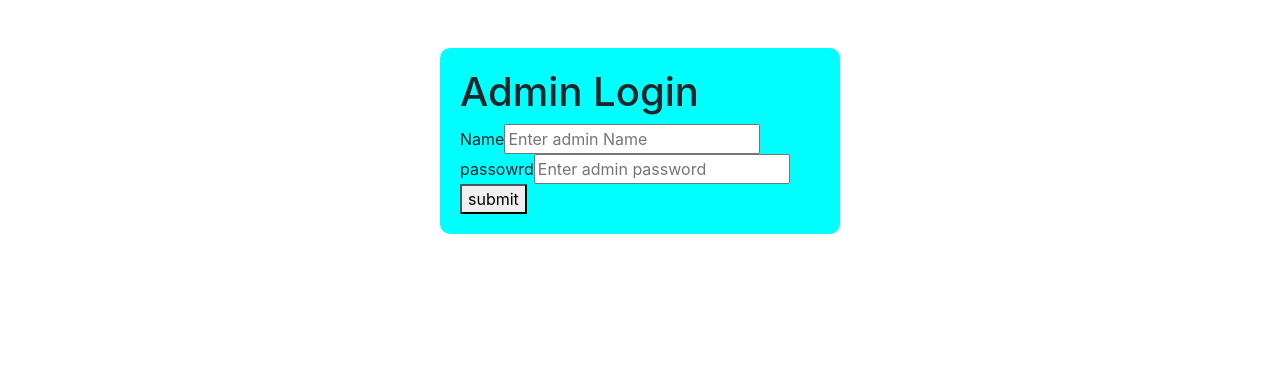
Repository: parthikjadav/parthik-react-practicle-exam
Page: /
An editor plug-in stored every save of this project. The page is shown before and after a run of saves, followed by the edit.
The browser window is 1280 px wide. The pictures show the whole page.
The project was rebuilt for these pictures with package versions that can differ from the ones it lists, and the page was loaded fresh each time. Requests to the local data server were answered from the project's data file. Also part of the build but not shown: src/App.css, src/componet/page/Reservationform.jsx, src/componet/page/Reservationlist.jsx, src/componet/header/navdata.js, src/componet/header/Navbar.jsx.

Above is the page before, as saved 2024-05-16 10:39:09.

### public/index.html
<!DOCTYPE html>
<html lang="en">
  <head>
    <meta charset="utf-8" />
    <link rel="icon" href="%PUBLIC_URL%/favicon.ico" />
    <meta name="viewport" content="width=device-width, initial-scale=1" />
    <meta name="theme-color" content="#000000" />
    <meta
      name="description"
      content="Web site created using create-react-app"
    />
    <link rel="apple-touch-icon" href="%PUBLIC_URL%/logo192.png" />
    <link href="https://cdn.jsdelivr.net/npm/bootstrap@5.0.2/dist/css/bootstrap.min.css" rel="stylesheet" integrity="sha384-EVSTQN3/azprG1Anm3QDgpJLIm9Nao0Yz1ztcQTwFspd3yD65VohhpuuCOmLASjC" crossorigin="anonymous">
    <!--
      manifest.json provides metadata used when your web app is installed on a
      user's mobile device or desktop. See https://developers.google.com/web/fundamentals/web-app-manifest/
    -->
    <link rel="manifest" href="%PUBLIC_URL%/manifest.json" />
    <script src="https://cdn.jsdelivr.net/npm/bootstrap@5.0.2/dist/js/bootstrap.bundle.min.js" integrity="sha384-MrcW6ZMFYlzcLA8Nl+NtUVF0sA7MsXsP1UyJoMp4YLEuNSfAP+JcXn/tWtIaxVXM" crossorigin="anonymous"></script>
    <!--
      Notice the use of %PUBLIC_URL% in the tags above.
      It will be replaced with the URL of the `public` folder during the build.
      Only files inside the `public` folder can be referenced from the HTML.

      Unlike "/favicon.ico" or "favicon.ico", "%PUBLIC_URL%/favicon.ico" will
      work correctly both with client-side routing and a non-root public URL.
      Learn how to configure a non-root public URL by running `npm run build`.
    -->
    <title>React App</title>
  </head>
  <body>
    <noscript>You need to enable JavaScript to run this app.</noscript>
    <div id="root"></div>
    <!--
      This HTML file is a template.
      If you open it directly in the browser, you will see an empty page.

      You can add webfonts, meta tags, or analytics to this file.
      The build step will place the bundled scripts into the <body> tag.

      To begin the development, run `npm start` or `yarn start`.
      To create a production bundle, use `npm run build` or `yarn build`.
    -->
  </body>
</html>

### src/index.js
import React from 'react';
import ReactDOM from 'react-dom/client';
import './index.css';
import App from './App';
import { BrowserRouter } from 'react-router-dom';
import { Provider } from 'react-redux';
import store from './componet/redux-saga/store';


const root = ReactDOM.createRoot(document.getElementById('root'));
root.render(
  <BrowserRouter>
    <React.StrictMode>
      <Provider store={store}>
      <App />
      </Provider>
    </React.StrictMode>
  </BrowserRouter>

);

### src/App.js
import { Route, Routes } from 'react-router-dom';
import './App.css';
import Adminlogin from './componet/page/Adminlogin';
import Reservationfrom from './componet/page/Reservationform';
import Reservationlist from './componet/page/Reservationlist';
import Navbar from './componet/header/Navbar';
import { useEffect } from 'react';
import { useDispatch } from 'react-redux';
import { GET_ROOM_PENDING } from './componet/redux-saga/room/action';
import { base_url, get_url } from './url';

const getRole = () => {
  const role = localStorage.getItem("role");
  return role;
};


function App() {

  const role = getRole();
  let dispatch = useDispatch();

  useEffect(() => {
    let url = base_url + get_url;
    dispatch({ type: GET_ROOM_PENDING, payload: url })
  })


  if (!role || role === "") {
    return (
      <Routes>
        <Route path="/" element={<Adminlogin />} />
      </Routes>
    );
  }

  if (role === "admin") {
    return (
      <>
        <Navbar />
        <Routes>
          <Route path="/reservation" element={<Reservationfrom />} />
          <Route path="/ReservationList" element={<Reservationlist />} />
        </Routes>
      </>
    );
  }



}

export default App;

### src/componet/redux-saga/store.js
import { applyMiddleware, createStore } from "redux";
import createSagaMiddleware from "redux-saga";
import { composeWithDevTools } from "@redux-devtools/extension";
import rootReducers from "./rootreducer";
import rootSaga from "./saga";



let sagaMiddleware = createSagaMiddleware();
const store = createStore(
    rootReducers,
    composeWithDevTools(applyMiddleware(sagaMiddleware))
);

sagaMiddleware.run(rootSaga)

export default store

### src/componet/page/Adminlogin.jsx
import React, { useRef } from 'react'
import "./AdminLogin.css"

const Adminlogin = () => {
    let name = useRef();
    let passowrd = useRef();

    const logindata = async () => {
        let data = {
            name: name.current.value,
            password: passowrd.current.value
        }
        console.log(data);
        if ("jignesh" == data.name && "3315" == data.password) {
            localStorage.setItem("role", "admin");
            window.location.href = "/reservation"
            console.log("login successfull");
            alert("login successfull")
        } else {
            alert("Error")
        }
    }
    return (
        <>
            <div class="mx-auto m-5 form" style={{ width: "400px" }}>
                <h1>Admin Login </h1>
                <label>Name  </label>
                <input type="text" placeholder='Enter admin Name' ref={name} /><br />
                <label>passowrd </label>
                <input type="password" placeholder='Enter admin password' ref={passowrd} /><br />
                <button onClick={logindata}>submit</button>
            </div>
        </>

    )
}

export default Adminlogin

### src/componet/redux-saga/room/action.js
//get action
export const GET_ROOM_PENDING = "GET_ROOM_PENDING";
export const GET_ROOM_SUCCESS = "GET_ROOM_SUCCESS";
export const GET_ROOM_ERROR = "GET_ROOM_ERROR";

//post action
export const POST_ROOM_PENDING = "POST_ROOM_PENDING";
export const POST_ROOM_SUCCESS = "POST_ROOM_SUCCESS";
export const POST_ROOM_ERROR = "POST_ROOM_ERROR";

//DELETE action
export const DELETE_ROOM_PENDING = "DELETE_ROOM_PENDING";
export const DELETE_ROOM_SUCCESS = "DELETE_ROOM_SUCCESS";
export const DELETE_ROOM_ERROR = "DELETE_ROOM_ERROR";

//UPDATA action
export const UPDATA_ROOM_PENDING = "UPDATA_ROOM_PENDING";
export const UPDATA_ROOM_SUCCESS = "UPDATA_ROOM_SUCCESS";
export const UPDATA_ROOM_ERROR = "UPDATA_ROOM_ERROR";

### src/url.js
export const base_url = "http://localhost:5000";

export const post_url = "/room";

export const get_url = "/room"

export const delete_url = "/room/"

export const updata_url = "/room/"

### src/componet/redux-saga/rootreducer.js
import { combineReducers } from "redux";
import roomReducer from "./room/reducer";


let rootReducers = combineReducers({
    roomReducer,
});

export default  rootReducers;

### src/componet/redux-saga/saga/index.js
import { all, call, put, takeLatest } from "redux-saga/effects";
import { DELETE_ROOM_ERROR, DELETE_ROOM_PENDING, DELETE_ROOM_SUCCESS, GET_ROOM_ERROR, GET_ROOM_PENDING, GET_ROOM_SUCCESS, POST_ROOM_ERROR, POST_ROOM_PENDING, POST_ROOM_SUCCESS, UPDATA_ROOM_ERROR, UPDATA_ROOM_PENDING, UPDATA_ROOM_SUCCESS } from "../room/action";
import { delete_room, get_room, post_room, updata_room } from "../room/api";

function* handle_post_room(action) {
    // console.log(action, "action from handle post room");
    try {
        let { data, status } = yield call(post_room, action);
        // console.log(data, status, "data and status from handle post room");
        if (status == 201 || status == 200) {
            yield put({ type: POST_ROOM_SUCCESS, data });
        } else {
            yield put({ type: POST_ROOM_ERROR, data });
        }
    }
    catch (error) {
        yield put({ type: POST_ROOM_ERROR, data: error })
    }
}

function* handle_get_room(action) {
    // console.log(action, "action from handle get room");
    try {
        let { data, status } = yield call(get_room, action);
        // console.log(data, status, "data and status from handle get room");
        if (status == 200) {
            yield put({ type: GET_ROOM_SUCCESS, data });
        }
        else {
            yield put({ type: GET_ROOM_ERROR, data });
        }
    }
    catch (error) {
        yield put({ type: GET_ROOM_ERROR, data: error });
    }
}

function* handle_delete_room(action) {
    // console.log(action, "action from handle delete room");
    try {
        let { data, status } = yield call(delete_room, action);
        // console.log(data, status, "data and status from handle delete room");
        if (status == 200) {
            yield put({ type: DELETE_ROOM_SUCCESS, data });
        } else {
            yield put({ type: DELETE_ROOM_ERROR, data });
        }
    }
    catch (error) {
        yield put({ type: DELETE_ROOM_ERROR, daat: error })
    }
}

function* handle_updata_room(action) {
    console.log(action, "action from handle updata room");
    try {
        let { data, status } = yield call(updata_room, action);
        console.log(data, status, "data and status from handle updata room");
        if (status == 200) {
            yield put({ type: UPDATA_ROOM_SUCCESS, data });
        }
        else {
            yield put({ type: UPDATA_ROOM_ERROR, data });
        }
    }
    catch (error) {
        yield put({ type: UPDATA_ROOM_ERROR, data: error })
    }
}

function* handle_post_room_saga() {
    yield takeLatest(POST_ROOM_PENDING, handle_post_room)
}

function* handle_get_room_saga() {
    yield takeLatest(GET_ROOM_PENDING, handle_get_room)
}

function* handle_delete_room_saga() {
    yield takeLatest(DELETE_ROOM_PENDING, handle_delete_room)
}

function* handle_updata_room_saga() {
    yield takeLatest(UPDATA_ROOM_PENDING, handle_updata_room)
}

function* rootSaga() {
    yield all([handle_post_room_saga(), handle_get_room_saga(), handle_delete_room_saga() , handle_updata_room_saga()])
}

export default rootSaga

### src/componet/page/AdminLogin.css
.form{
  width: 200px;
  background-color: aqua;
  padding: 20px;
  margin: 0px auto;
  border-radius: 10px
}

### src/componet/redux-saga/room/reducer.js
import { DELETE_ROOM_ERROR, DELETE_ROOM_PENDING, DELETE_ROOM_SUCCESS, GET_ROOM_ERROR, GET_ROOM_PENDING, GET_ROOM_SUCCESS, POST_ROOM_PENDING, POST_ROOM_SUCCESS, UPDATA_ROOM_ERROR, UPDATA_ROOM_PENDING, UPDATA_ROOM_SUCCESS } from "./action";


let initialState = {
    room: [],
    isLoading: false,
    isError: null,
};

let roomReducer = (state = initialState, action) => {
    console.log(action, "action from reducer");
    switch (action.type) {
        //post user
        case POST_ROOM_PENDING: {
            return {
                isLoading: true,
                ...state,
            }
        }
        case POST_ROOM_SUCCESS: {
            return {
                isLoading: false,
                room: state.room.concat(action.data),
            }
        }
        case POST_ROOM_SUCCESS: {
            return {
                isError: action.data,
                ...state,
            }
        }
        //get user
        case GET_ROOM_PENDING: {
            return {
                isLoading: true,
                ...state,
            }
        }
        case GET_ROOM_SUCCESS: {
            return {
                isLoading: false,
                room: action.data,
            }
        }
        case GET_ROOM_ERROR: {
            return {
                ...state,
                isError: action.data,
            }
        }
        //delete user
        case DELETE_ROOM_PENDING: {
            return {
                isLoading: true,
                ...state,
            }
        }
        case DELETE_ROOM_SUCCESS: {
            return {
                isLoading: false,
                room: state.room.filter((item) => item.id != action.data.id)
            }
        }
        case DELETE_ROOM_ERROR: {
            return {
                isLoading: false,
                isError: action.data,
            }
        }
        //update user
        case UPDATA_ROOM_PENDING: {
            return {
                isLoading: true,
                ...state,
            }
        }
        case UPDATA_ROOM_SUCCESS: {
            return {
                isLoading: false,
                room: state.room.map((value, index) => {
                    if (value.id == action.data.id) {
                        return {
                            ...value,
                            ...action.data,
                        }
                    } else {
                        return value;
                    }
                })
            }
        }
        case UPDATA_ROOM_ERROR: {
            return {
                isError: action.data,
                ...state,
            }
        }
        default: {
            return {
                ...state,
            }
        }
    }
}

export default roomReducer

### src/componet/redux-saga/room/api.js
import axios from "axios";
import { base_url, delete_url, get_url, post_url, updata_url } from "../../../url";


let post_room = (action) => {
    // console.log(action ,"this action from post room");
    return axios.post(base_url + post_url, action.payload).then((res) => {
        // console.log(res,"res is post room");
        let data = res.data;
        let status = res.status;
        return { data, status }
    })
}

let get_room = (action) => {
    // console.log(action, "this action from get rom");
    return axios.get(base_url + get_url).then((res) => {
        // console.log(res, "res is get rom");
        let data = res.data;
        let status = res.status;
        return { data, status }
    })
}

let delete_room = (action) => {
    // console.log(action, "this action from delete room");
    return axios.delete(base_url + delete_url + action.payload).then((res) => {
        // console.log(res, "res is delete room");
        let data = res.data;
        let status = res.status;
        return { data, status };
    })
}

let updata_room = (action) => {
    console.log(action, "this action from updata room");
    return axios.put(base_url + updata_url + action.payload.id, action.payload).then((res) => {
        console.log(res, "res is updata room");
        let data = res.data;
        let status = res.status;
        return { data, status }
    })
}

export { post_room, get_room, delete_room, updata_room }

### db.json
{
  "room": [
    {
      "id": "8675",
      "name": "jignesh",
      "mobile": "1235467892",
      "address": "kamrej surat",
      "arrival": "2024-05-10",
      "checkout": "2024-05-14",
      "roomlist": "platinum",
      "roomtype": "double bedroom",
      "lunchtime": "breakfast and lunch"
    },
    {
      "id": "50ac",
      "name": "test",
      "mobile": "9876543214",
      "address": "surat",
      "arrival": "2024-05-02",
      "checkout": "2024-05-12",
      "roomlist": "prime",
      "roomtype": "double bedroom",
      "lunchtime": "breakfast and lunch"
    },
    {
      "id": "c1a8",
      "name": "abcd",
      "mobile": "7539684216",
      "address": "surat",
      "arrival": "2024-05-05",
      "checkout": "2024-05-07",
      "roomlist": "platinum",
      "roomtype": "single bedroom",
      "lunchtime": "breakfast"
    }
  ]
}

Loaded but not shown: src/index.css (common file)

After the next 4 saves:
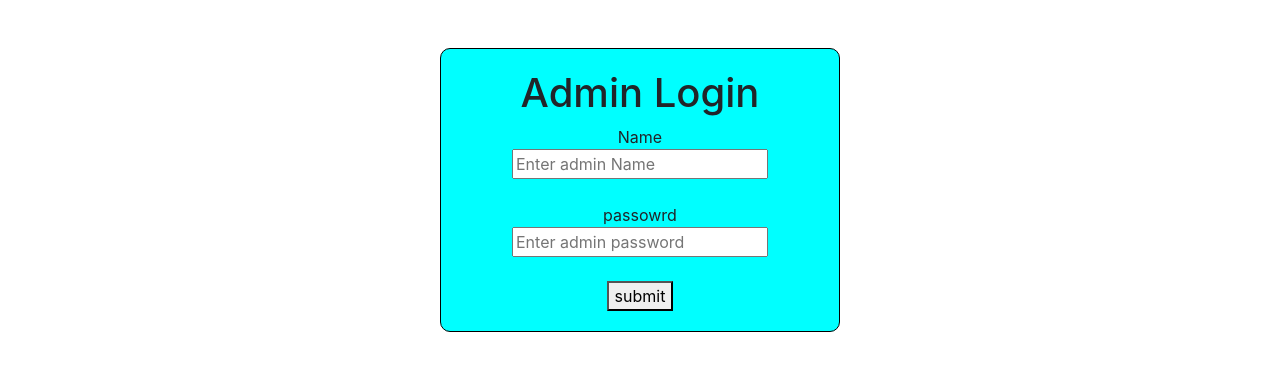
The 4 saves are shown as one change because they came seconds apart.
The last was saved 25 s later.
--- a/src/componet/page/AdminLogin.css
+++ b/src/componet/page/AdminLogin.css
@@ -3,5 +3,10 @@
   background-color: aqua;
   padding: 20px;
   margin: 0px auto;
+  display: flex;
+  flex-direction: column;
+  justify-content: center;
+  align-items: center;
+  border: 1px solid black;
   border-radius: 10px
 }
